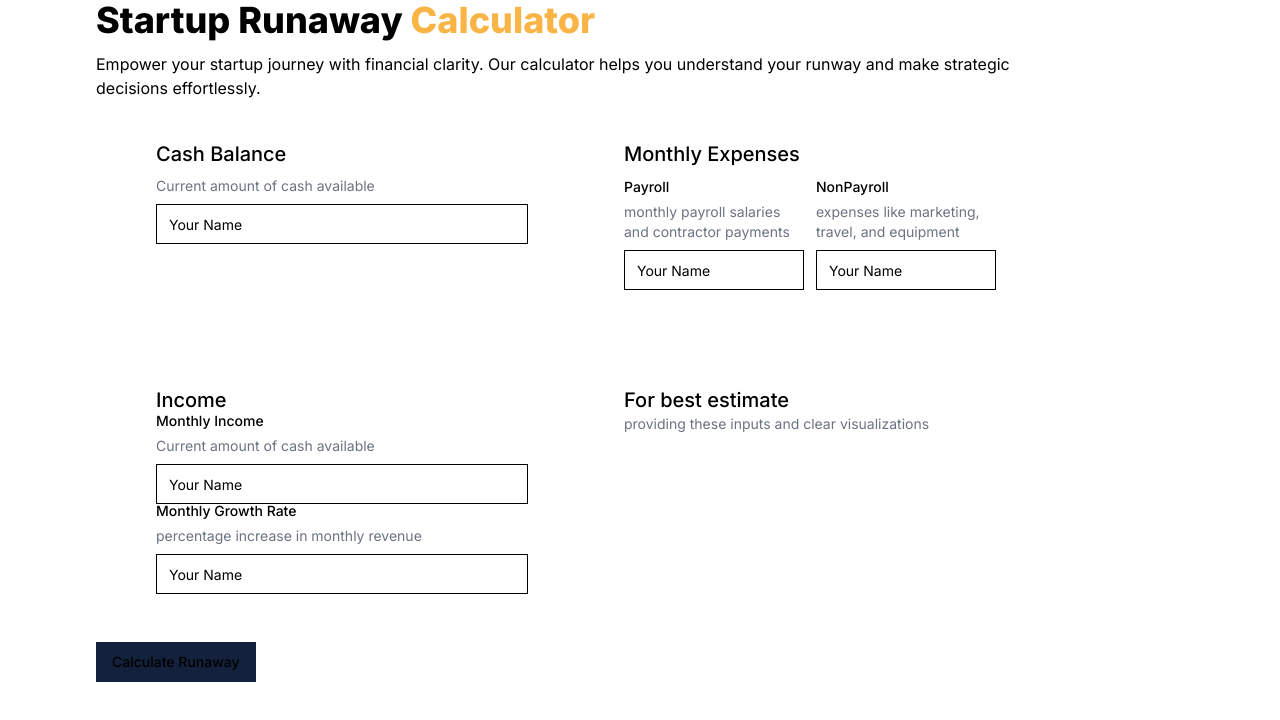
Repository: wossenF/startup-runaway-calculator
Page: /
These files come from the project's save history. The page is drawn as it stood at one moment and after the next save; the edit follows.
The browser window is 1280 px wide. The pictures show the whole page.
The project was rebuilt for these pictures with package versions that can differ from the ones it lists, and the page was loaded fresh each time. The framework's server and built-in components were replaced by stand-ins that run in the browser. Also part of the build but not shown: next.config.mjs.

Above is the page before, as saved 2024-04-08 14:12:55.

After the next save:
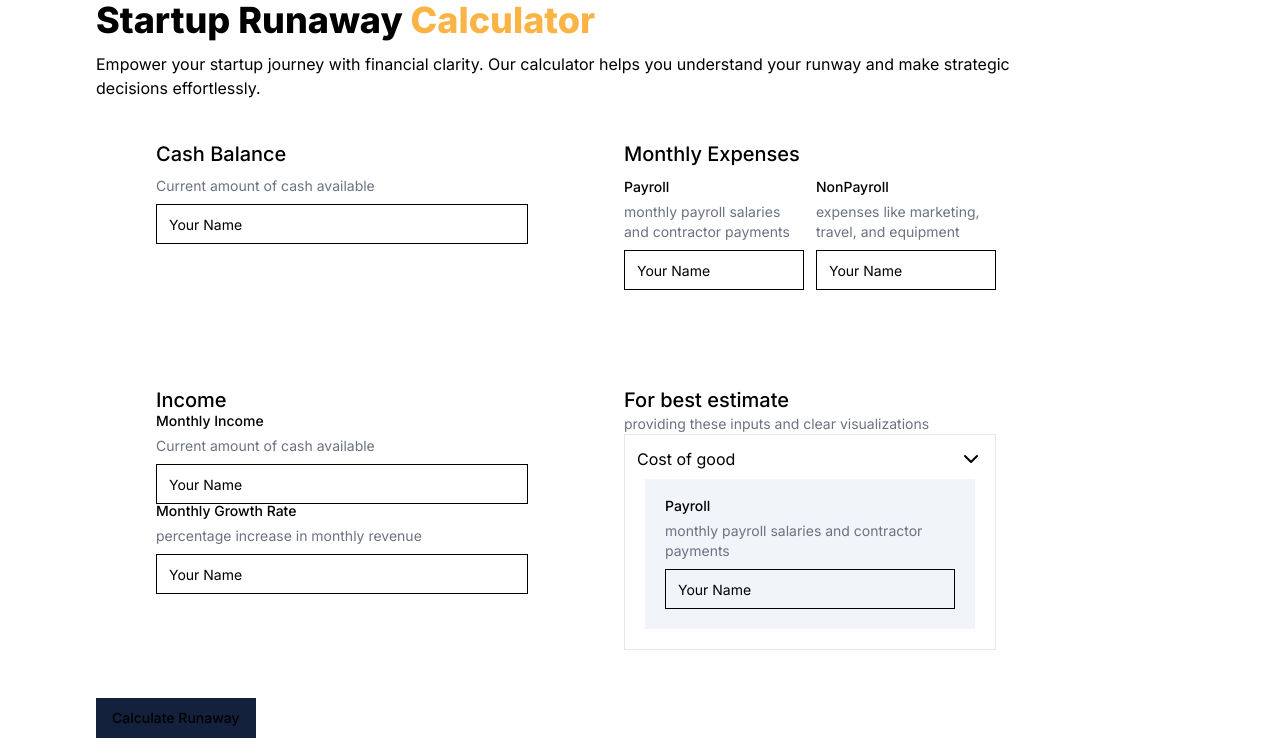
Saved 9 s later.
--- a/src/components/UserInput.tsx
+++ b/src/components/UserInput.tsx
@@ -68,7 +68,22 @@ const UserInput = () => {
             providing these inputs and clear visualizations
           </p>
           {/* cost of goods input area */}
+          <div className="p-3 gap-20 border rounded-md  ">
+            <div className="flex justify-between ">
+              <p>Cost of good </p>
+              <ChevronDown />
+            </div>
 
+            <div className=" p-5 bg-slate-100 m-2">
+              <form className="grid gap-2">
+                <Label className="">Payroll</Label>
+                <p className="text-gray-500 text-sm ">
+                  monthly payroll salaries and contractor payments
+                </p>
+                <Input name="name" placeholder="Your Name" />
+              </form>
+            </div>
+          </div>
           {/*  income growth rate chart */}
 
         </div>
